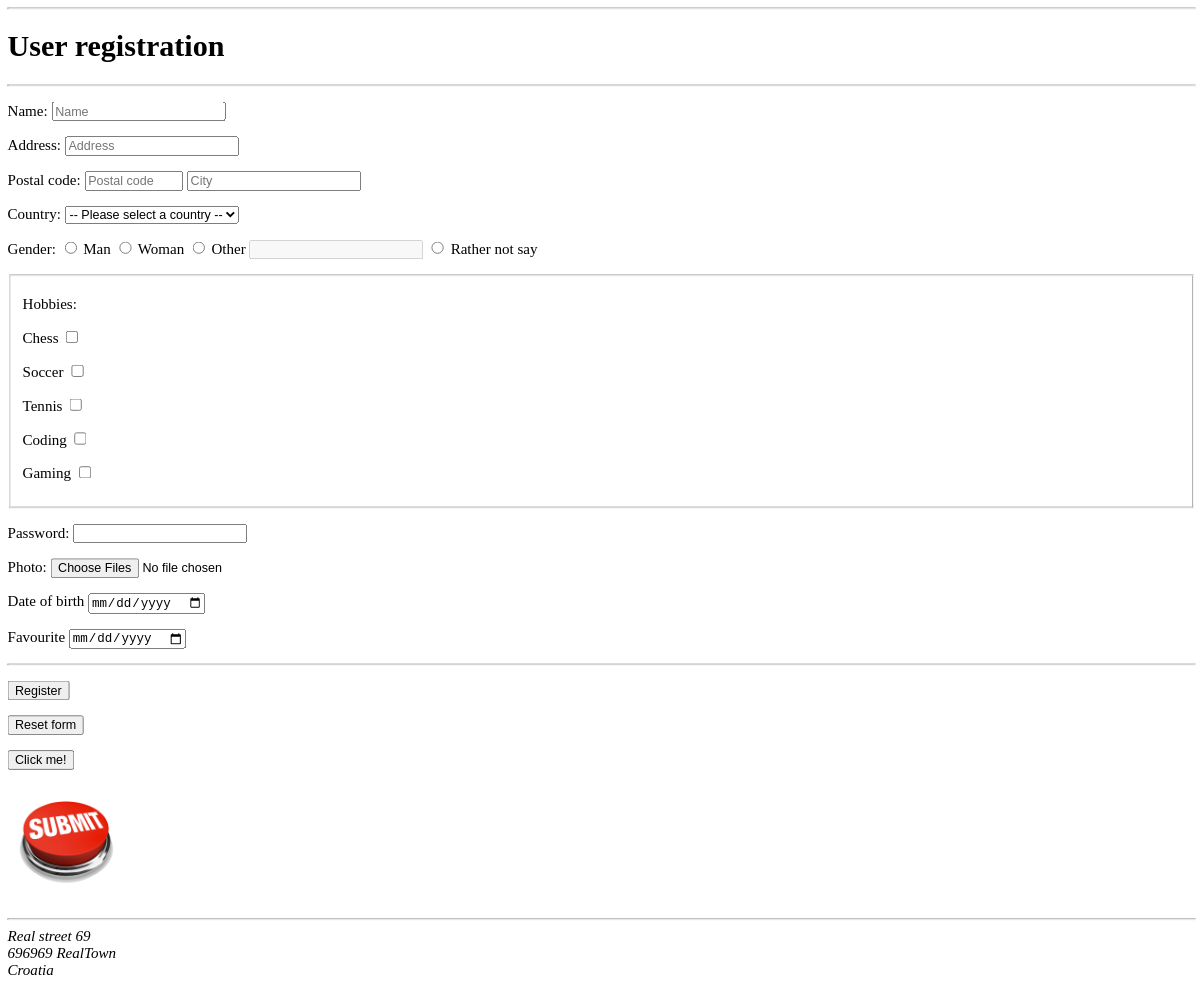
Repository: Filip-Husic/AW_frontend
Page: ex3Forms.html
The author's editor kept a copy of each file at every save. The page is drawn from the files as they stood at one save, then again after a run of saves.
The browser window is 1280 px wide. The pictures show the whole page, at 94% of full size.

Above is the page before, as saved 2022-11-23 14:29:25.

After the next 5 saves:
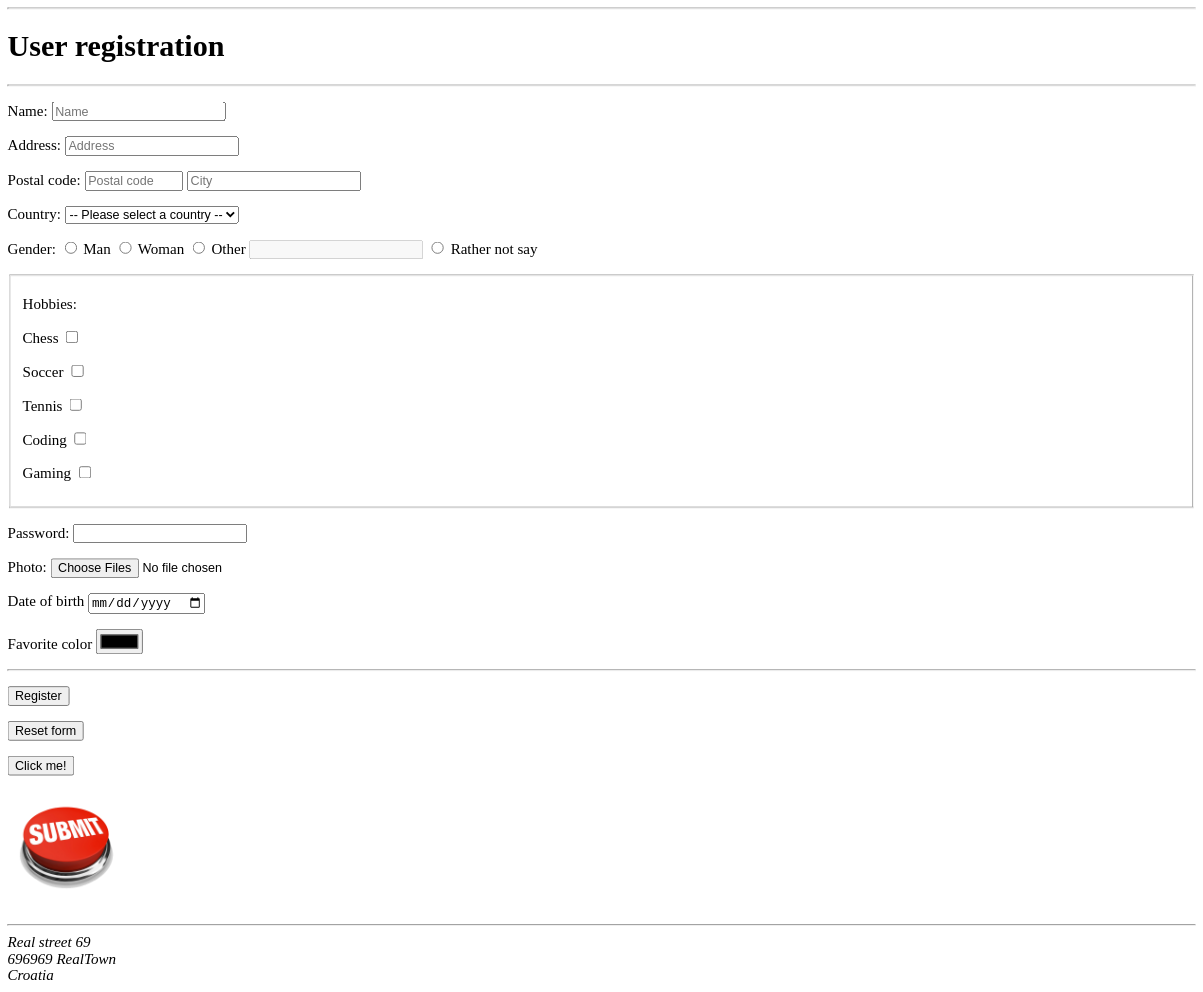
The 5 saves are shown as one change because they came seconds apart.
The last was saved 14 s later.
--- a/ex3Forms.html
+++ b/ex3Forms.html
@@ -85,8 +85,8 @@
             <input type="date" name="date_birth" id="date_birth">
         </p>
         <p>
-            <label for="color">Favourite</label>
-            <input type="date" name="date_birth" id="date_birth">
+            <label for="color">Favorite color</label>
+            <input type="color" name="color" id="date_birth">
         </p>
         <hr>
         <p>
